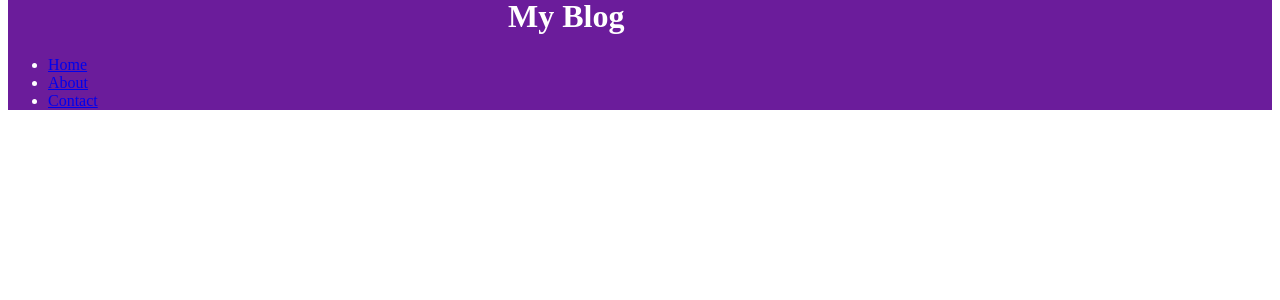
Repository: Femi007-gh/BLOG
Page: index.html
The author's editor kept a copy of each file at every save. The page is drawn from the files as they stood at one save, then again after a run of saves.
The browser window is 1280 px wide. The pictures show the whole page.

Above is the page before, as saved 2025-01-08 06:50:28.

After the next 2 saves:
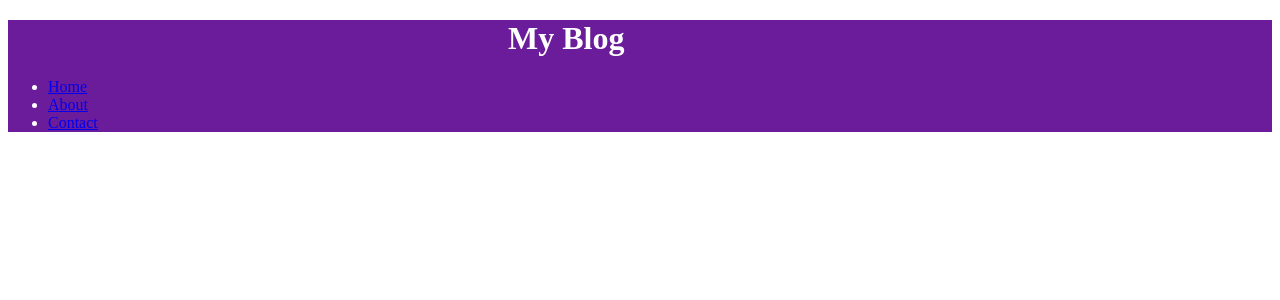
The 2 saves are shown as one change because they came seconds apart.
The last was saved 8 s later.
--- a/style.css
+++ b/style.css
@@ -5,5 +5,5 @@ header {
 
 .head {
   margin-left: 500px;
-  margin-top: -10px;
+  margin-top: 20px;
 }
